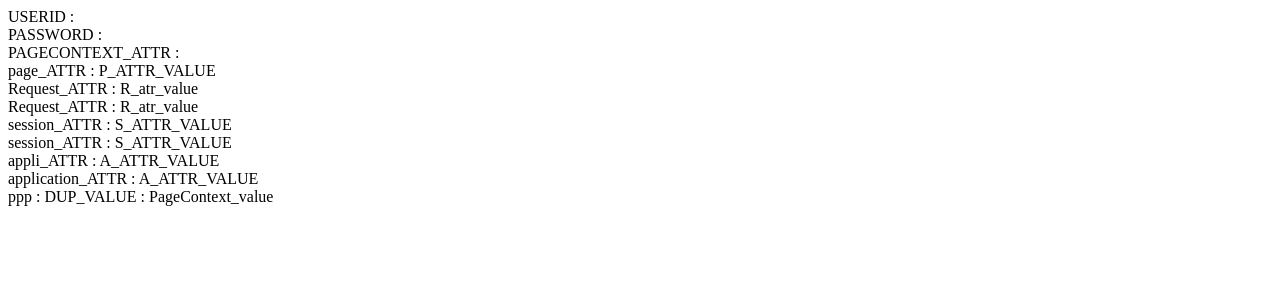
Repository: GotChun/DH_JSP
Page: http://localhost/01_JSP/C08/01EL/02Result.jsp
These files come from the project's save history. The page is drawn as it stood at one moment and after the next save; the edit follows.
The browser window is 1280 px wide. The pictures show the whole page.
The page is served by Tomcat 9. Other server files are loaded and not shown. The template is opened directly, without the code that normally fills it, so the values that code supplies are empty.

Above is the page before, as saved 2024-10-23 07:55:42.

### 01_JSP/src/main/webapp/C08/01EL/02Result.jsp
<%@ page language="java" contentType="text/html; charset=UTF-8"
    pageEncoding="UTF-8"%>

    <%
    String userid = request.getParameter("userid");
    String password = request.getParameter("password");
    %>


<!DOCTYPE html>
<html>
<head>
<meta charset="UTF-8">
<title>Insert title here</title>
</head>
<body>

<%-- userid : <%=userid %><br>
password : <%=password %><br> --%>

<%
pageContext.setAttribute("P_ATTR", "P_ATTR_VALUE");
	request.setAttribute("R_ATTR", "R_atr_value");
	session.setAttribute("S_ATTR", "S_ATTR_VALUE");
	application.setAttribute("A_ATTR", "A_ATTR_VALUE");


	pageContext.setAttribute("DUP", "PageContext_value");
	request.setAttribute("DUP", "Request_Value");

	session.setAttribute("DUP", "Session_value");
	application.setAttribute("DUP", "apple_value");


%>

<!-- EL 파라미터값 알아볼때-->
USERID : ${param.userid }<br>
PASSWORD : ${param.password }<br>

<!-- EL ATTR 속성알아볼 때-->
PAGECONTEXT_ATTR : ${pageContextScope.P_ATTR} <br>
page_ATTR : ${P_ATTR}<br>

Request_ATTR : ${requestScope.R_ATTR }<br>
Request_ATTR : ${R_ATTR }<br>

session_ATTR : ${sessionScope.S_ATTR }<br>
session_ATTR : ${S_ATTR }<br>

appli_ATTR : ${applicationScope.A_ATTR }<br>
application_ATTR : ${A_ATTR }<br>

ppp : ${pageContextScope.P_ATTR }

<!-- ATTR 중첩 -->
DUP_VALUE : ${DUP}<br>


</body>
</html>

After the next save:
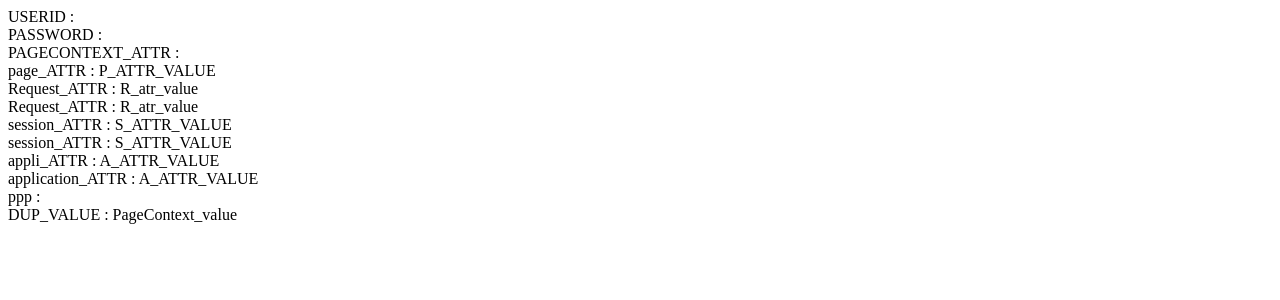
Saved 12 s later.
--- a/01_JSP/src/main/webapp/C08/01EL/02Result.jsp
+++ b/01_JSP/src/main/webapp/C08/01EL/02Result.jsp
@@ -51,7 +51,7 @@
 appli_ATTR : ${applicationScope.A_ATTR }<br>
 application_ATTR : ${A_ATTR }<br>
 
-ppp : ${pageContextScope.P_ATTR }
+ppp : ${pageContextScope.P_ATTR }<br>
 
 <!-- ATTR 중첩 -->
 DUP_VALUE : ${DUP}<br>

After the save that followed:
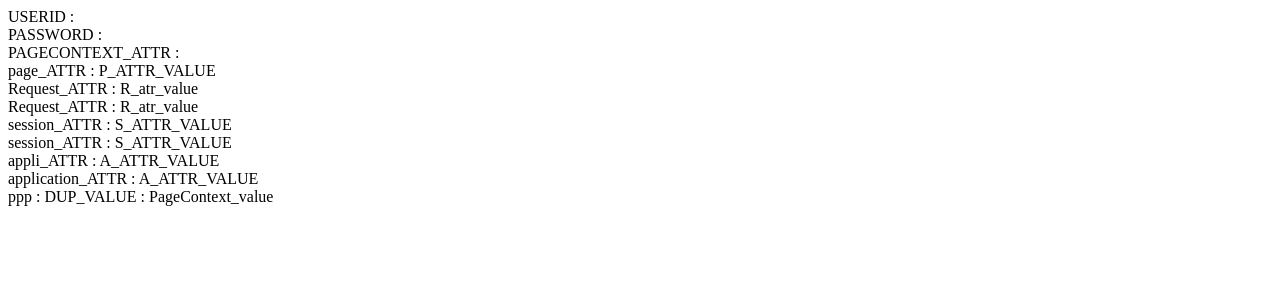
Saved 1 s later.
--- a/01_JSP/src/main/webapp/C08/01EL/02Result.jsp
+++ b/01_JSP/src/main/webapp/C08/01EL/02Result.jsp
@@ -51,7 +51,7 @@
 appli_ATTR : ${applicationScope.A_ATTR }<br>
 application_ATTR : ${A_ATTR }<br>
 
-ppp : ${pageContextScope.P_ATTR }<br>
+ppp : ${pageContextScope.P_ATTR }
 
 <!-- ATTR 중첩 -->
 DUP_VALUE : ${DUP}<br>
